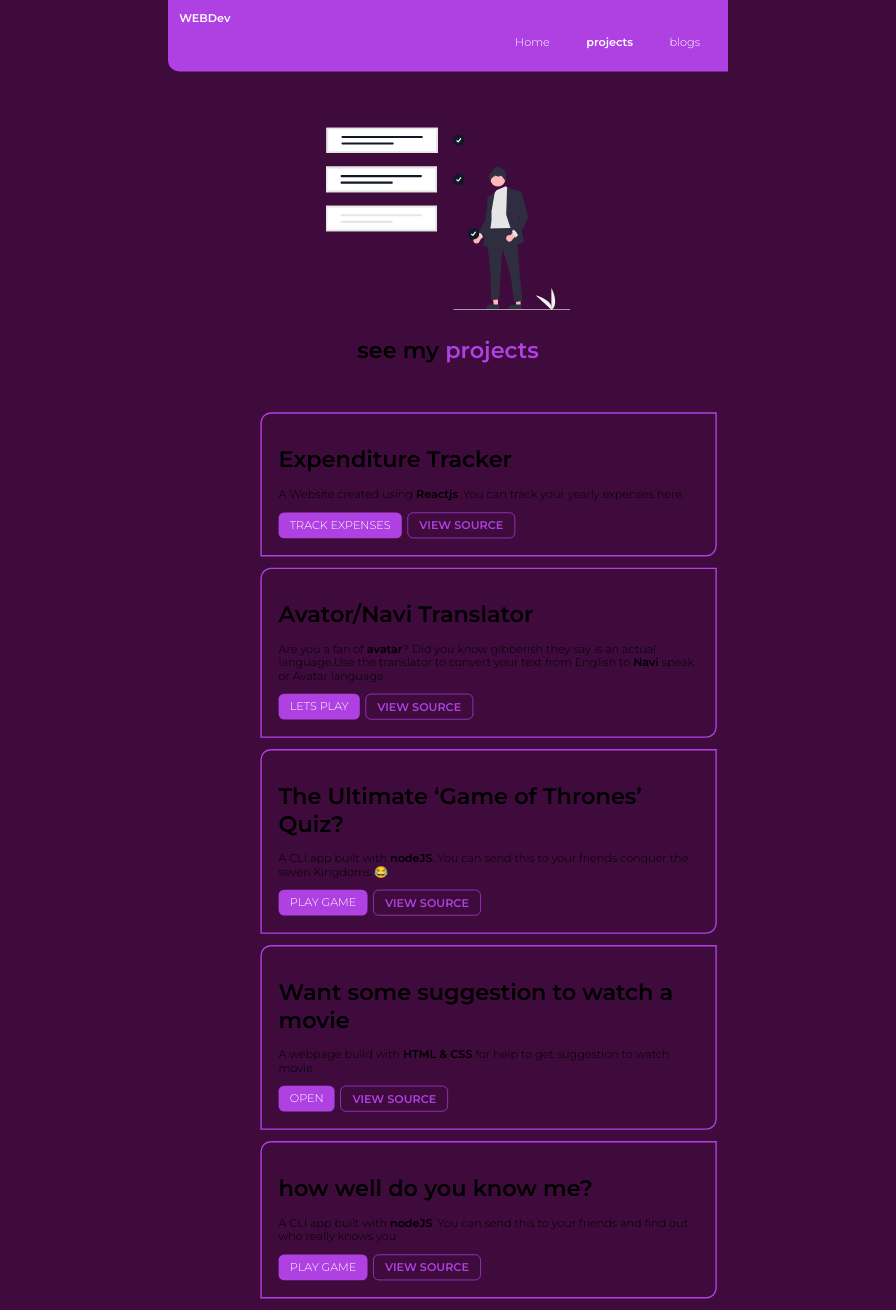
Repository: sohan2503001/Portfolio
Page: projects.html
These files come from the project's save history. The page is drawn as it stood at one moment and after the next save; the edit follows.
The browser window is 1280 px wide. The pictures show the whole page, at 70% of full size.

Above is the page before, as saved 2021-05-26 11:42:17.

### projects.html
<!DOCTYPE html>
<html lang="en">

<head>
  <meta charset="UTF-8" />
  <meta name="viewport" content="width=device-width, initial-scale=1.0" />
  <title>Projects | Sohan</title>
  <link rel="stylesheet" href="style.css" />
  <link rel="icon" href="images/favicon.svg" sizes="any" type="image/svg+xml">
</head>

<body>
  <nav class="navigation container">
    <div class="nav-brand">WEBDev</div>
    <ul class="list-non-bullet nav-pills">
      <li class="list-item-inline">
        <a class="link" href="/">Home</a>
      </li>
      <li class="list-item-inline">
        <a class="link link-active" href="projects.html">projects</a>
      </li>
      <li class="list-item-inline">
        <a class="link" href="blogs.html">blogs</a>
      </li>
    </ul>
  </nav>

  <header class="hero">
    <img class="hero-img" src="images/pro.svg" alt="" />
    <h1 class="hero-heading">
      see my<span class="heading-inverted"> projects</span>
    </h1>
  </header>


  <ol class="list list-non-bullet">


    <div class="container container-center box-contain">
      <li>
        <h1>Expenditure Tracker</h1>
        <p>
          A Website created using <strong>Reactjs</strong> .You can track your yearly expenses here.
        </p>

        <div class="link-button">
          <a class="link link-primary name-link" href="https://expenditure-tracker.netlify.app/"
          target="_blank">TRACK EXPENSES</a>
        <a class="link link-secondary" href="https://github.com/sohan2503001/Expenditure-Tracker" target="_blank">VIEW
          SOURCE</a>
        </div>
      </li>
    </div>


    <div class="container container-center box-contain">
      <li>
        <h1>Avator/Navi Translator </h1>
        <p>
          Are you a fan of <strong>avatar</strong>? Did you know gibberish they say is an actual
          language.Use the translator to convert your text from English to <strong>Navi</strong>
          speak or Avatar language
        </p>

        <div class="link-button">
          <a class="link link-primary name-link" href="https://avator-speak.netlify.app/"
          target="_blank">LETS PLAY</a>
        <a class="link link-secondary" href="https://github.com/sohan2503001/Avator-speak" target="_blank">VIEW
          SOURCE</a>
        </div>
      </li>
    </div>


    <div class="container container-center box-contain">
      <li>
        <h1>The Ultimate ‘Game of Thrones’ Quiz?</h1>
        <p>
          A CLI app built with <strong>nodeJS</strong>. You can send this to
          your friends conquer the seven Kingdoms 😂
        </p>

        <div class="link-button">
          <a class="link link-primary name-link" href="https://replit.com/@Sohan250301/GameofThronesQuiz?embed=1&output=1#index.js"
          target="_blank">PLAY GAME</a>
        <a class="link link-secondary" href="https://github.com/sohan2503001/GOTQuiz" target="_blank">VIEW SOURCE</a>
        </div>
      </li>
    </div>


    <div class="container container-center box-contain">
      <li>
        <h1>Want some suggestion to watch a movie</h1>
        <p>
          A webpage build with <strong>HTML & CSS </strong> for help to get suggestion to watch movie
        </p>

        <div class="link-button">
          <a class="link link-primary name-link" href="https://moviesreview.netlify.app/" target="_blank">OPEN</a>
        <a class="link link-secondary" href="https://github.com/sohan2503001/MovieSuggestion" target="_blank">VIEW
          SOURCE</a>
        </div>
      </li>
    </div>


    <div class="container container-center box-contain">
      <li>
        <h1>how well do you know me?</h1>
        <p>
          A CLI app built with <strong>nodeJS</strong>. You can send this to
          your friends and find out who really knows you
        </p>

        <div class="link-button">
          <a class="link link-primary name-link" href="https://replit.com/@Sohan250301/How-much-you-know-me?embed=1&output=1"
          target="_blank">PLAY GAME</a>
        <a class="link link-secondary" href="https://github.com/sohan2503001/Quiz1" target="_blank">VIEW SOURCE</a>
        </div>
      </li>
    </div>


  </ol>
  <script src="code.js"></script>
</body>

</html>

### style.css
@import url('https://fonts.googleapis.com/css2?family=Montserrat:wght@300;600&display=swap');

:root{
    --primary-color: #af40e2;
    --dark-gray: #7E7F83;
    --off-white: #e4b0ee;
}

body {
    font-family: 'Montserrat', sans-serif;
    margin: auto;
    max-width: 800px;
    width: 100%;
    background-color: #3f0b3c;
}

hr{
    margin: 2rem 0rem;
}

/** container **/
.container{
    padding: 0rem 1rem;
}

.container-center{
    max-width: 600px;
    margin: auto;
}

/** links **/
.link{
    text-decoration: none;
    padding: 0.5rem 1rem;
    /*margin: 1rem 0rem 1rem 0rem;*/
}

.link-primary{
    background-color: var(--primary-color);
    border-radius: 0.5rem;
    color:white;
}

.link-secondary{
    color: var(--primary-color);
    border-radius: 0.5rem;
    border: 1px solid var(--primary-color);
    font-weight: bold;
}

/** lists **/

.list-non-bullet{
    list-style: none;
}

.list-item-inline{
    display: inline;
    padding: 0rem 0.5rem;
}

/** navigation **/

.navigation{
    background-color: var(--primary-color);
    color: white;
    padding: 1rem;
    border-bottom-left-radius: 1rem;
}

.navigation .nav-brand{
    font-weight: bold;
}

.navigation .nav-pills{
    text-align: right;
}

.navigation .link{
    color: white;
}

.navigation .link-active{
    font-weight: bold;
}

/**header **/

.hero{
    padding: 2rem;
    padding-top: 5rem;
}

.hero .hero-img{
    max-width: 350px;
    display: block;
    margin: auto;
}

.hero .hero-heading{
    padding-top: 1rem;
    color: var(--dark-red);
    text-align: center;
}

.hero .hero-heading .heading-inverted{
    color: var(--primary-color)
}

/** section **/
.section{
    padding: 1rem;
    border-radius: 15px;
    margin: 2rem;
}

.section h1{
    text-align: center;
    font-weight: bolder;
}

.ow {
    background-color: var(--off-white);
}

.section p{
    font-weight: bold;
}

/**footer **/

.footer{
    background-color: var(--primary-color);
    padding: 1rem;
    text-align: center;
    color: white;
    border-top-right-radius: 1rem;
}

.footer .link{
    color: white;
}

.footer .footer-header{
    font-weight: bold;
    font-size: large;
}

.footer ul{
    padding-inline-start: 0px;
}

/**Projects**/
.box-contain{
    border: 2px solid var(--primary-color);
    padding: 1.5rem;
    border-top-left-radius: 15px;
    border-bottom-right-radius: 15px;
    margin: auto;
    margin-top: 1rem;
    margin-right: 1rem;
}

.link-button{
    display: flex;
}

.name-link{
    margin-right: 0.5rem;
}

### code.js
function myFunction() {
    var element = document.body;
    element.classList.toggle("dark-mode");
}

After the next save:
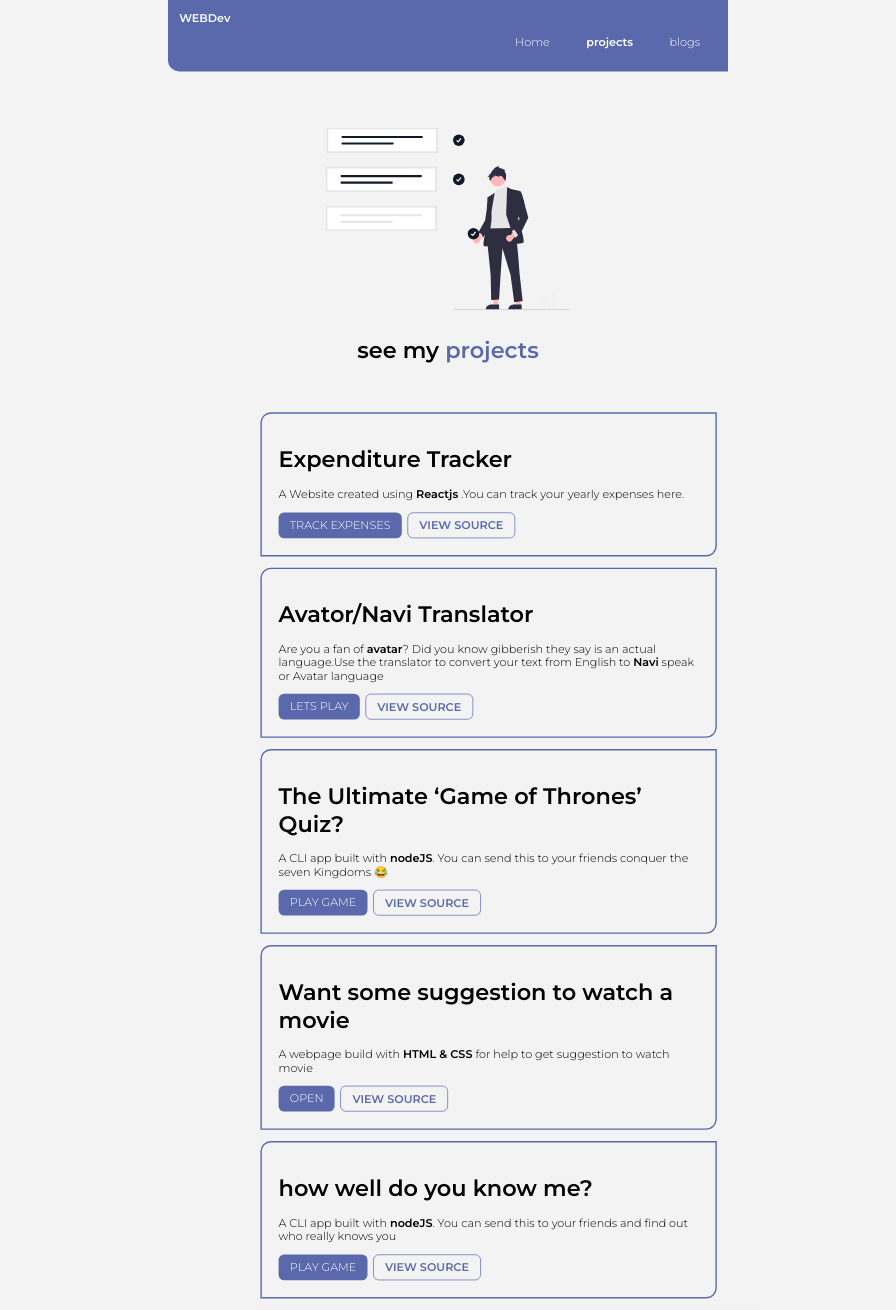
Saved 23 s later.
--- a/style.css
+++ b/style.css
@@ -1,9 +1,9 @@
 @import url('https://fonts.googleapis.com/css2?family=Montserrat:wght@300;600&display=swap');
 
 :root{
-    --primary-color: #af40e2;
+    --primary-color: #5a69ac;
     --dark-gray: #7E7F83;
-    --off-white: #e4b0ee;
+    --off-white: #D9C5B2;
 }
 
 body {
@@ -11,7 +11,7 @@ body {
     margin: auto;
     max-width: 800px;
     width: 100%;
-    background-color: #3f0b3c;
+    background-color: #F3F3F4;
 }
 
 hr{
